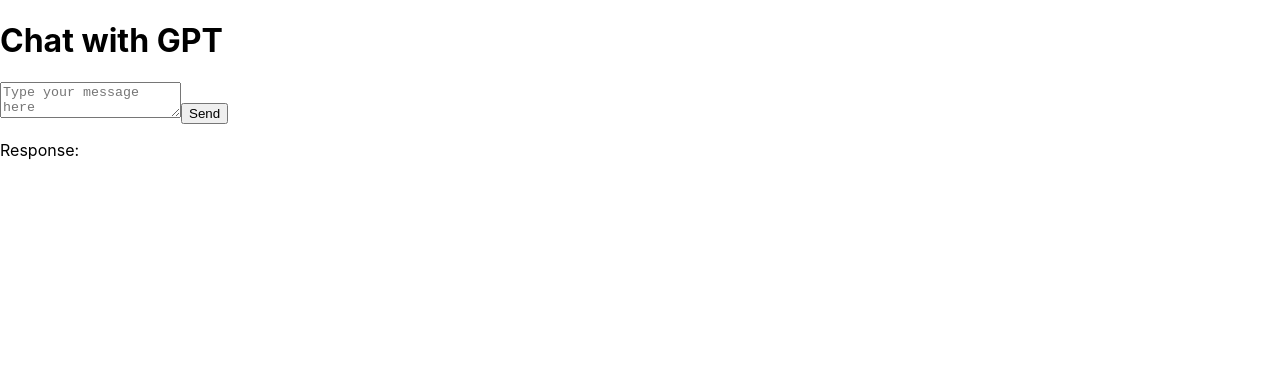
Repository: jforjay1/Custom-GPT
Page: / (app in ethem-alpaydin-gpt/)
The author's editor kept a copy of each file at every save. The page is drawn from the files as they stood at one save, then again after the next save.
The browser window is 1280 px wide. The pictures show the whole page.
The project was rebuilt for these pictures with package versions that can differ from the ones it lists, and the page was loaded fresh each time.

Above is the page before, as saved 2024-01-09 17:51:55.

After the next save:
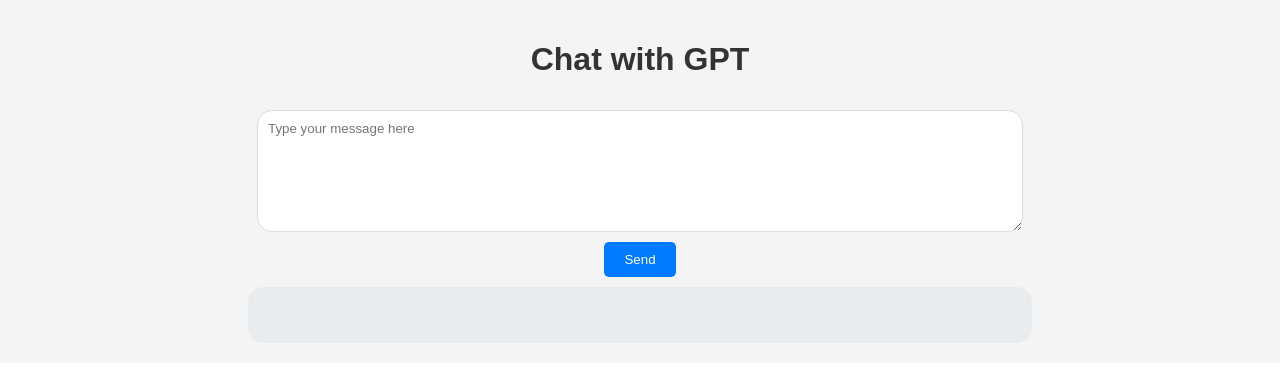
Saved 22 s later.
--- a/ethem-alpaydin-gpt/src/App.js
+++ b/ethem-alpaydin-gpt/src/App.js
@@ -1,5 +1,6 @@
 import React, { useState } from 'react';
 import axios from 'axios';
+import './App.css';
 
 function App() {
   const [message, setMessage] = useState('');
@@ -13,7 +14,7 @@
       });
 
       setResponse(result.data.messages);
-      console.log('Message sent!', message);
+      console.log('Message received!', message);
     } catch (error) {
       console.error('Error sending message:', error);
     }
@@ -23,13 +24,18 @@
     <div className="App">
       <header className="App-header">
         <h1>Chat with GPT</h1>
-        <textarea
-          value={message}
-          onChange={(e) => setMessage(e.target.value)}
-          placeholder="Type your message here"
-        />
-        <button onClick={sendMessage}>Send</button>
-        <p>Response: {response}</p>
+        <div className="chat-container">
+          <textarea
+            className="message-input"
+            value={message}
+            onChange={(e) => setMessage(e.target.value)}
+            placeholder="Type your message here"
+          />
+          <button className="send-button" onClick={sendMessage}>Send</button>
+          <div className="response-area">
+            <p>{response}</p>
+          </div>
+        </div>
       </header>
     </div>
   );
